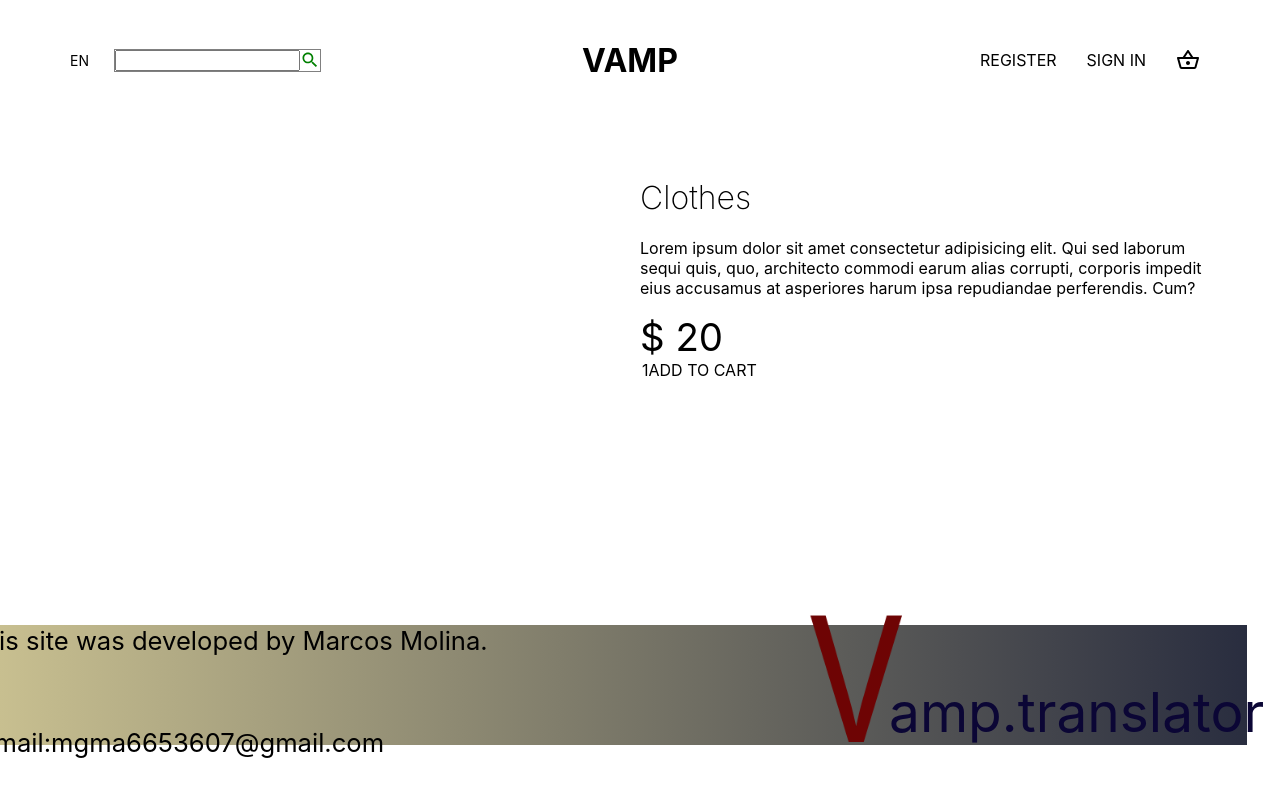
Repository: mgma2005/ecoeli
Page: /
These files come from the project's save history. The page is drawn as it stood at one moment and after the next save; the edit follows.
The browser window is 1280 px wide. The pictures show the part of the page from y = 173 to 973 px (the page is 973 px tall before and 962 px after).
The project was rebuilt for these pictures with package versions that can differ from the ones it lists, and the page was loaded fresh each time. Also part of the build but not shown: src/App.css.

Above is the page before, as saved 2022-05-14 17:31:43.

After the next save:
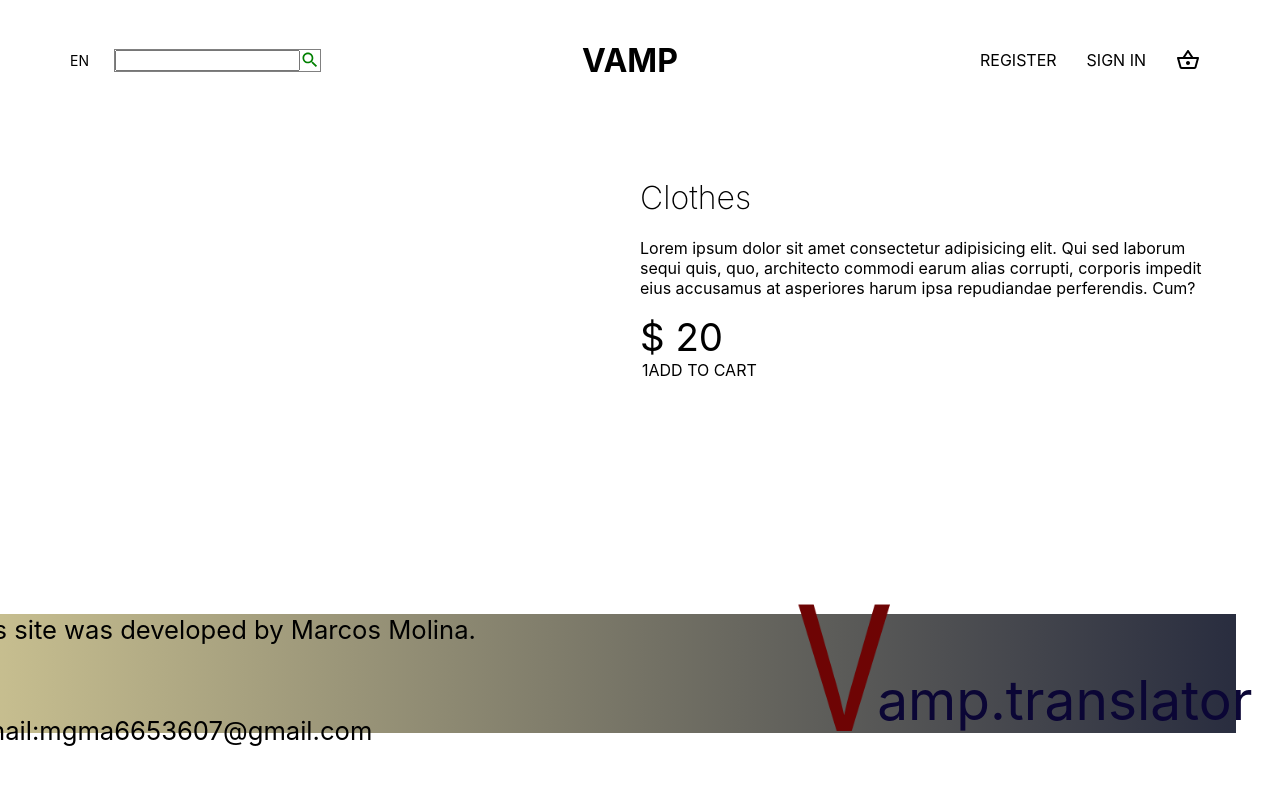
Saved 5 s later.
--- a/src/style.css
+++ b/src/style.css
@@ -1,5 +1,5 @@
 .cont2{
-    margin: -7%;
+    margin: -8%;
     width: 100vw;
     height: auto;
     background: linear-gradient(to right, rgb(204, 195, 146),rgb(41, 45, 63));
